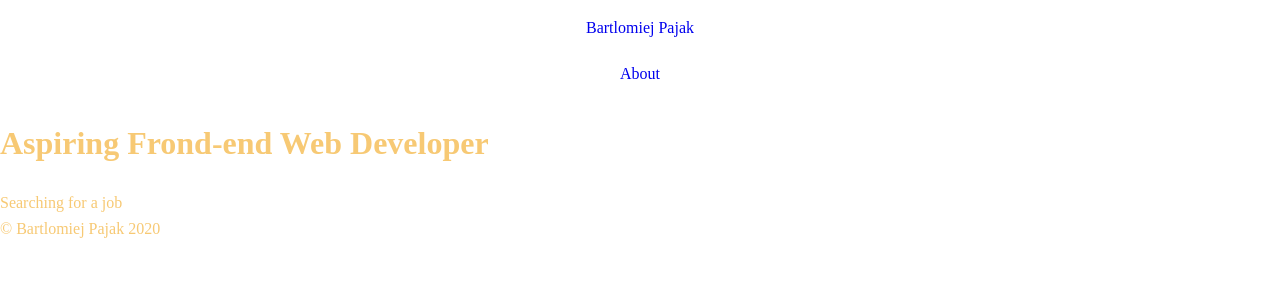
Repository: spidero7/personal-site
Page: index.html
The author's editor kept a copy of each file at every save. The page is drawn from the files as they stood at one save, then again after a run of saves.
The browser window is 1280 px wide. The pictures show the whole page.
The pointer rests on the first visible `.main-nav a`.
Some web fonts or font styles are not loaded; a fallback is used.

Above is the page before, as saved 2020-04-15 22:10:36.

After the next 3 saves:
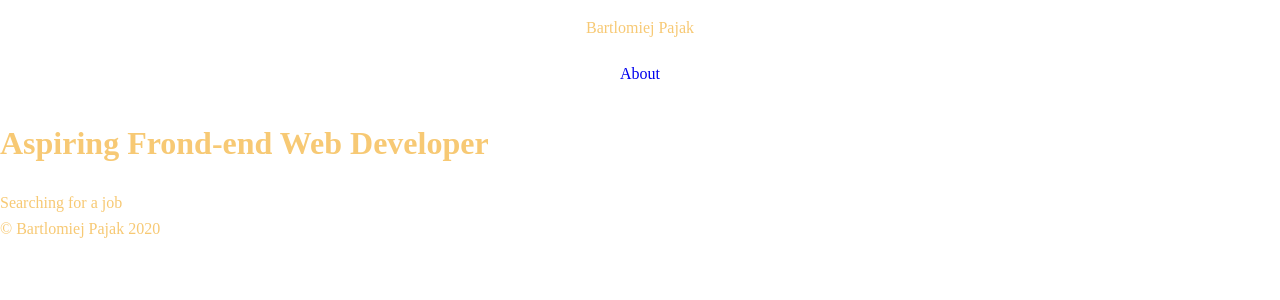
The 3 saves are shown as one change because they came seconds apart.
The last was saved 45 s later.
--- a/css/style.css
+++ b/css/style.css
@@ -40,5 +40,5 @@ a {
 }
 
 .main-nav a:hover {
-
+    color: #F7C974;
 }
